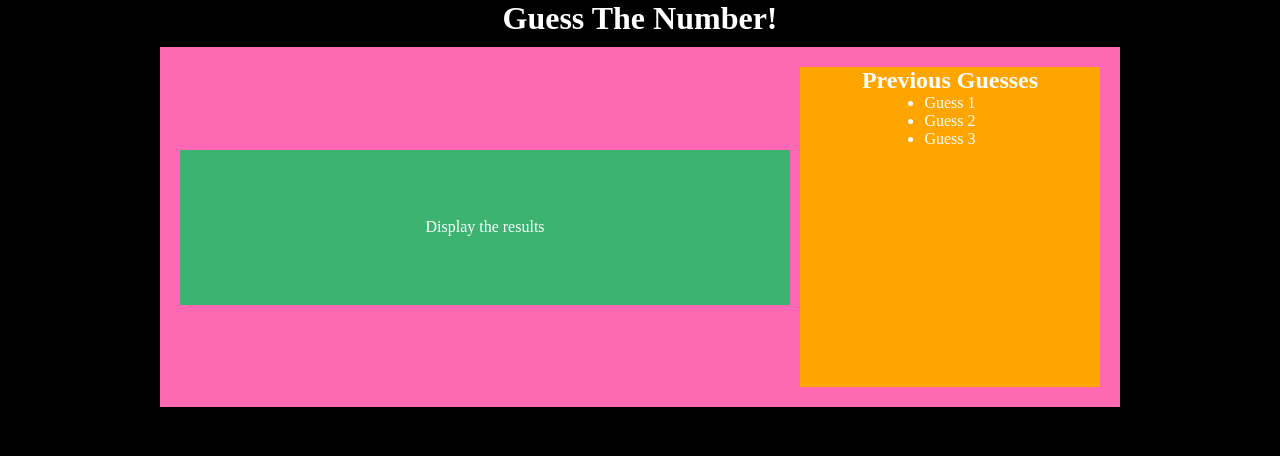
Repository: mlmEFSC21/P14-Guessing-Game
Page: guess.html
An editor plug-in stored every save of this project. The page is shown before and after the next save, followed by the edit.
The browser window is 1280 px wide. The pictures show the whole page.

Above is the page before, as saved 2022-03-16 20:25:34.

After the next save:
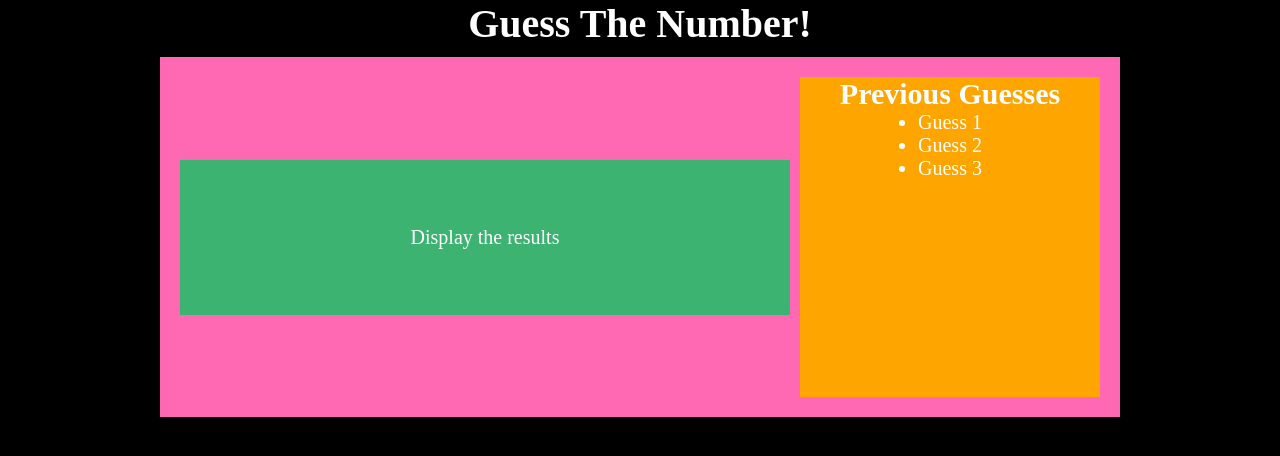
Saved 7 s later.
--- a/guess.css
+++ b/guess.css
@@ -8,7 +8,7 @@
 body {
     background-color: black;
     color: white;
-    font-size: 1rem;
+    font-size: 1.25rem;
 }
 .pageTitle {
     text-align: center;
